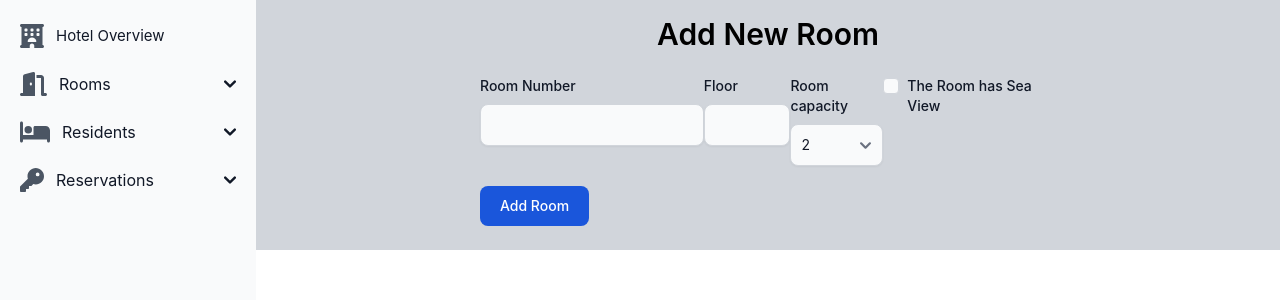
Repository: aggepap/hotelReservationsProj
Page: /rooms/add (app in admin-panel/)
The author's editor kept a copy of each file at every save. The page is drawn from the files as they stood at one save, then again after the next save.
The browser window is 1280 px wide. The pictures show the whole page.
The project was rebuilt for these pictures with package versions that can differ from the ones it lists, and the page was loaded fresh each time. Also part of the build but not shown: admin-panel/vite.config.ts, admin-panel/src/views/HomeView.vue.

Above is the page before, as saved 2025-01-19 16:01:30.

### admin-panel/index.html
<!DOCTYPE html>
<html lang="">
  <head>
    <meta charset="UTF-8" />
    <link rel="icon" href="/favicon.ico" />
    <meta name="viewport" content="width=device-width, initial-scale=1.0" />
    <title>Vite App</title>
  </head>
  <body>
    <div id="app"></div>
    <script type="module" src="/src/main.ts"></script>
  </body>
</html>

### admin-panel/src/main.ts
import "./assets/main.css";
import "primeicons/primeicons.css";
import "flowbite";

import { createApp } from "vue";
import App from "./App.vue";
import router from "./router";

const app = createApp(App);

app.use(router);

app.mount("#app");

### admin-panel/src/assets/main.css
@import "./base.css";
@tailwind base;
@tailwind components;
@tailwind utilities;

### admin-panel/src/App.vue
<script setup lang="ts">
import { RouterLink, RouterView } from "vue-router";
import { FontAwesomeIcon } from "@fortawesome/vue-fontawesome";
import { faDoorOpen } from "@fortawesome/free-solid-svg-icons";
import { faHotel } from "@fortawesome/free-solid-svg-icons";
import { faBed } from "@fortawesome/free-solid-svg-icons";
import { faKey } from "@fortawesome/free-solid-svg-icons";
</script>

<template>
  <button
    data-drawer-target="sidebar-multi-level-sidebar"
    data-drawer-toggle="sidebar-multi-level-sidebar"
    aria-controls="sidebar-multi-level-sidebar"
    type="button"
    class="inline-flex items-center p-2 mt-2 ms-3 text-sm text-gray-500 rounded-lg sm:hidden hover:bg-gray-100 focus:outline-none focus:ring-2 focus:ring-gray-200 dark:text-gray-400 dark:hover:bg-gray-700 dark:focus:ring-gray-600"
  >
    <span class="sr-only">Open sidebar</span>
    <svg
      class="w-6 h-6"
      aria-hidden="true"
      fill="currentColor"
      viewBox="0 0 20 20"
      xmlns="http://www.w3.org/2000/svg"
    >
      <path
        clip-rule="evenodd"
        fill-rule="evenodd"
        d="M2 4.75A.75.75 0 012.75 4h14.5a.75.75 0 010 1.5H2.75A.75.75 0 012 4.75zm0 10.5a.75.75 0 01.75-.75h7.5a.75.75 0 010 1.5h-7.5a.75.75 0 01-.75-.75zM2 10a.75.75 0 01.75-.75h14.5a.75.75 0 010 1.5H2.75A.75.75 0 012 10z"
      ></path>
    </svg>
  </button>
  <section class="flex flex-row justify-between items-center">
    <aside
      id="sidebar-multi-level-sidebar"
      class="fixed top-0 left-0 z-40 w-64 h-screen transition-transform -translate-x-full sm:translate-x-0"
      aria-label="Sidebar"
    >
      <div class="h-full px-3 py-4 overflow-y-auto bg-gray-50 dark:bg-gray-800">
        <ul class="space-y-2 font-medium">
          <li>
            <a
              href="#"
              class="flex items-center p-2 text-gray-900 rounded-lg dark:text-white hover:bg-gray-100 dark:hover:bg-gray-700 group"
            >
              <FontAwesomeIcon class="text-gray-600 text-2xl" :icon="faHotel" />
              <span class="ms-3">Hotel Overview</span>
            </a>
          </li>
          <li>
            <button
              type="button"
              class="flex items-center w-full p-2 text-base text-gray-900 transition duration-75 rounded-lg group hover:bg-gray-100 dark:text-white dark:hover:bg-gray-700"
              aria-controls="dropdown-rooms"
              data-collapse-toggle="dropdown-rooms"
            >
              <FontAwesomeIcon
                class="text-gray-600 text-2xl"
                :icon="faDoorOpen"
              />

              <span
                class="flex-1 ms-3 text-left rtl:text-right whitespace-nowrap"
                >Rooms</span
              >
              <svg
                class="w-3 h-3"
                aria-hidden="true"
                xmlns="http://www.w3.org/2000/svg"
                fill="none"
                viewBox="0 0 10 6"
              >
                <path
                  stroke="currentColor"
                  stroke-linecap="round"
                  stroke-linejoin="round"
                  stroke-width="2"
                  d="m1 1 4 4 4-4"
                />
              </svg>
            </button>
            <ul id="dropdown-rooms" class="hidden py-2 space-y-2">
              <li>
                <RouterLink
                  to="/rooms/add"
                  class="flex justify-start gap-2 items-start w-full p-2 text-gray-900 transition duration-75 rounded-lg pl-11 group hover:bg-gray-100 dark:text-white dark:hover:bg-gray-700"
                >
                  <i class="pi pi-plus pt-1"></i> Add new Room</RouterLink
                >
              </li>
            </ul>
          </li>
          <li>
            <button
              type="button"
              class="flex items-center w-full p-2 text-base text-gray-900 transition duration-75 rounded-lg group hover:bg-gray-100 dark:text-white dark:hover:bg-gray-700"
              aria-controls="dropdown-residents"
              data-collapse-toggle="dropdown-residents"
            >
              <FontAwesomeIcon class="text-gray-600 text-2xl" :icon="faBed" />

              <span
                class="flex-1 ms-3 text-left rtl:text-right whitespace-nowrap"
                >Residents</span
              >
              <svg
                class="w-3 h-3"
                aria-hidden="true"
                xmlns="http://www.w3.org/2000/svg"
                fill="none"
                viewBox="0 0 10 6"
              >
                <path
                  stroke="currentColor"
                  stroke-linecap="round"
                  stroke-linejoin="round"
                  stroke-width="2"
                  d="m1 1 4 4 4-4"
                />
              </svg>
            </button>
            <ul id="dropdown-residents" class="hidden py-2 space-y-2">
              <li>
                <a
                  href="#"
                  class="flex justify-start gap-2 items-start w-full p-2 text-gray-900 transition duration-75 rounded-lg pl-11 group hover:bg-gray-100 dark:text-white dark:hover:bg-gray-700"
                >
                  <i class="pi pi-plus pt-1"></i> Add a Resident</a
                >
              </li>
            </ul>
          </li>
          <li>
            <button
              type="button"
              class="flex items-center w-full p-2 text-base text-gray-900 transition duration-75 rounded-lg group hover:bg-gray-100 dark:text-white dark:hover:bg-gray-700"
              aria-controls="dropdown-reservations"
              data-collapse-toggle="dropdown-reservations"
            >
              <FontAwesomeIcon class="text-gray-600 text-2xl" :icon="faKey" />

              <span
                class="flex-1 ms-3 text-left rtl:text-right whitespace-nowrap"
                >Reservations</span
              >
              <svg
                class="w-3 h-3"
                aria-hidden="true"
                xmlns="http://www.w3.org/2000/svg"
                fill="none"
                viewBox="0 0 10 6"
              >
                <path
                  stroke="currentColor"
                  stroke-linecap="round"
                  stroke-linejoin="round"
                  stroke-width="2"
                  d="m1 1 4 4 4-4"
                />
              </svg>
            </button>
            <ul id="dropdown-reservations" class="hidden py-2 space-y-2">
              <li>
                <a
                  href="#"
                  class="flex justify-start gap-2 items-start w-full p-2 text-gray-900 transition duration-75 rounded-lg pl-11 group hover:bg-gray-100 dark:text-white dark:hover:bg-gray-700"
                >
                  <i class="pi pi-plus pt-1"></i> Add a Reservation</a
                >
              </li>
            </ul>
          </li>
        </ul>
      </div>
    </aside>

    <main class="flex items-start h-screen w-full pl-64">
      <div class="mx-auto w-full md:p-6 bg-gray-300 pt-12">
        <RouterView />
      </div>
    </main>
  </section>
</template>

### admin-panel/src/router/index.ts
import { createRouter, createWebHistory } from "vue-router";
import HomeView from "../views/HomeView.vue";
import AddRoomView from "@/views/roomviews/AddRoomView.vue";

const router = createRouter({
  history: createWebHistory(import.meta.env.BASE_URL),
  routes: [
    {
      path: "/",
      name: "home",
      component: HomeView,
    },
    {
      path: "/rooms/add",
      name: "addRoom",
      component: AddRoomView,
    },
    {
      path: "/about",
      name: "about",
      // route level code-splitting
      // this generates a separate chunk (About.[hash].js) for this route
      // which is lazy-loaded when the route is visited.
      component: () => import("../views/AboutView.vue"),
    },
  ],
});

export default router;

### admin-panel/src/views/roomviews/AddRoomView.vue
<script setup></script>

<template>
  <h2 class="text-black text-3xl text-center leading-5 font-semibold mb-8">
    Add New Room
  </h2>
  <form class="max-w-xl mx-auto">
    <div class="flex">
      <div class="mb-5">
        <label
          for="newRoomNumber"
          class="block mb-2 text-sm font-medium text-gray-900 dark:text-white"
          >Room Number</label
        >
        <input
          type="number"
          id="newRoomNumber"
          class="shadow-sm bg-gray-50 border border-gray-300 text-gray-900 text-sm rounded-lg focus:ring-blue-500 focus:border-blue-500 block w-full p-2.5 dark:bg-gray-700 dark:border-gray-600 dark:placeholder-gray-400 dark:text-white dark:focus:ring-blue-500 dark:focus:border-blue-500 dark:shadow-sm-light"
          min="1"
          required
        />
      </div>
      <div class="mb-5">
        <label
          for="floorNumber"
          class="block mb-2 text-sm font-medium text-gray-900 dark:text-white"
          >Floor</label
        >
        <input
          type="number"
          id="floorNumber"
          class="shadow-sm bg-gray-50 border border-gray-300 text-gray-900 text-sm rounded-lg focus:ring-blue-500 focus:border-blue-500 block w-full p-2.5 dark:bg-gray-700 dark:border-gray-600 dark:placeholder-gray-400 dark:text-white dark:focus:ring-blue-500 dark:focus:border-blue-500 dark:shadow-sm-light"
          min="1"
          max="15"
          required
        />
      </div>
      <div class="mb-5">
        <label
          for="repeat-password"
          class="block mb-2 text-sm font-medium text-gray-900 dark:text-white"
          >Room capacity</label
        >
        <select
          id="roomCapacity"
          class="shadow-sm bg-gray-50 border border-gray-300 text-gray-900 text-sm rounded-lg focus:ring-blue-500 focus:border-blue-500 block w-full p-2.5 dark:bg-gray-700 dark:border-gray-600 dark:placeholder-gray-400 dark:text-white dark:focus:ring-blue-500 dark:focus:border-blue-500 dark:shadow-sm-light"
          required
        >
          <option value="double">2</option>
          <option value="triple">3</option>
          <option value="family">4</option>
        </select>
      </div>
      <div class="flex items-start mb-5">
        <div class="flex items-center h-5">
          <input
            id="hasSeaview"
            type="checkbox"
            value=""
            class="w-4 h-4 border border-gray-300 rounded bg-gray-50 focus:ring-3 focus:ring-blue-300 dark:bg-gray-700 dark:border-gray-600 dark:focus:ring-blue-600 dark:ring-offset-gray-800 dark:focus:ring-offset-gray-800"
            required
          />
        </div>
        <label
          for="terms"
          class="ms-2 text-sm font-medium text-gray-900 dark:text-gray-300"
          >The Room has Sea View</label
        >
      </div>
    </div>
    <button
      type="submit"
      class="text-white bg-blue-700 hover:bg-blue-800 focus:ring-4 focus:outline-none focus:ring-blue-300 font-medium rounded-lg text-sm px-5 py-2.5 text-center dark:bg-blue-600 dark:hover:bg-blue-700 dark:focus:ring-blue-800"
    >
      Add Room
    </button>
  </form>
</template>

### admin-panel/tailwind.config.js
/** @type {import('tailwindcss').Config} */
export default {
  content: [
    "./index.html",
    "./src/**/*.{vue,js,ts,jsx,tsx}",
    "./node_modules/flowbite/**/*.js",
  ],
  theme: {
    extend: {},
  },
  plugins: [require("flowbite/plugin")],
};

Loaded but not shown: admin-panel/src/assets/base.css (common file)

After the next save:
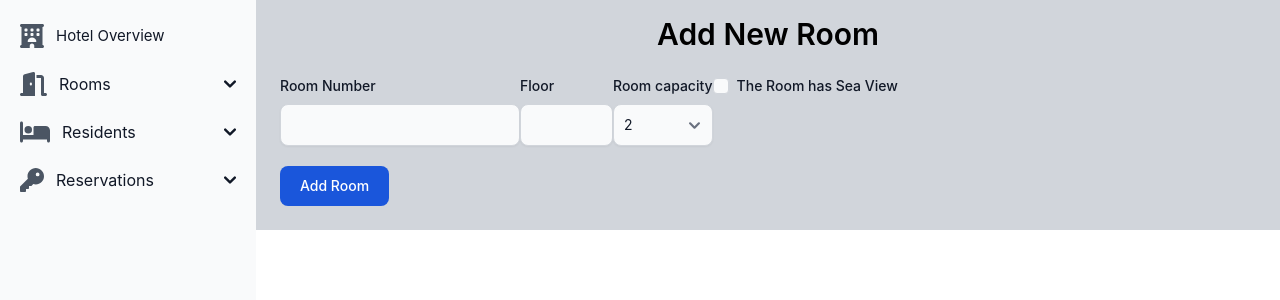
Saved 14 s later.
--- a/admin-panel/src/views/roomviews/AddRoomView.vue
+++ b/admin-panel/src/views/roomviews/AddRoomView.vue
@@ -4,7 +4,7 @@
   <h2 class="text-black text-3xl text-center leading-5 font-semibold mb-8">
     Add New Room
   </h2>
-  <form class="max-w-xl mx-auto">
+  <form class="w-full mx-auto">
     <div class="flex">
       <div class="mb-5">
         <label
